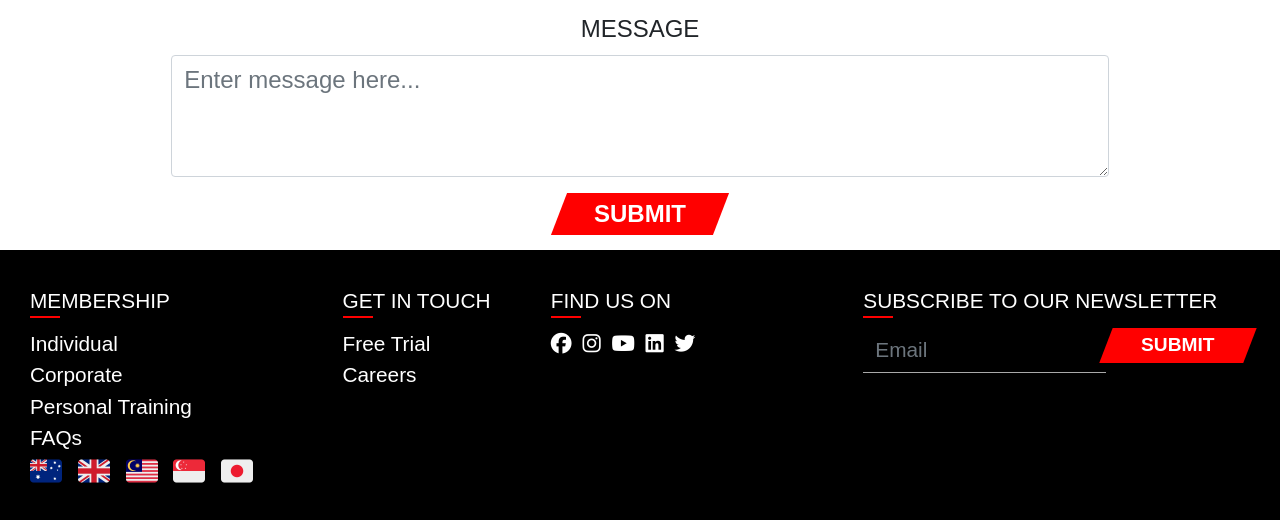
Repository: KJY93/User_Centric_Frontend_Development_Project
Page: contact.html
The author's editor kept a record of every edit. The page is drawn from the files as they stood at one moment, then again after the next edit.
The browser window is 1280 px wide. The pictures show the part of the page from y = 1094 to 2046 px (the page is 1614 px tall before and 2070 px after).
Some web fonts or font styles are not loaded; a fallback is used. Some web libraries are served in a nearby version.

Above is the page before.

### contact.html
<!DOCTYPE html>
<html lang="en-US">
	<head>
	    <meta charset="UTF-8">
	    <meta name="viewport" content="width=device-width, initial-scale=1.0">
	    <meta http-equiv="X-UA-Compatible" content="ie=edge">
	    <title>Shape Shifters | Our Clubs</title>

		<!-- Google Fonts -->
	    <link href="https://fonts.googleapis.com/css?family=Cute+Font&display=swap" rel="stylesheet">

	    <!-- Logo -->
	    <link rel="icon" href="static/fitness-logo.ico">

	    <!-- Bootstrap CSS -->
	    <link rel="stylesheet" href="https://stackpath.bootstrapcdn.com/bootstrap/4.3.1/css/bootstrap.min.css" integrity="sha384-ggOyR0iXCbMQv3Xipma34MD+dH/1fQ784/j6cY/iJTQUOhcWr7x9JvoRxT2MZw1T" crossorigin="anonymous">

	    <!-- External CSS StyleSheet -->
		<link rel="stylesheet" type="text/css" href="static/styles.css">

		<!-- Bootstrap JS -->
	    <script src="https://code.jquery.com/jquery-3.3.1.slim.min.js" integrity="sha384-q8i/X+965DzO0rT7abK41JStQIAqVgRVzpbzo5smXKp4YfRvH+8abtTE1Pi6jizo" crossorigin="anonymous"></script>
	    <script src="https://cdnjs.cloudflare.com/ajax/libs/popper.js/1.14.7/umd/popper.min.js" integrity="sha384-UO2eT0CpHqdSJQ6hJty5KVphtPhzWj9WO1clHTMGa3JDZwrnQq4sF86dIHNDz0W1" crossorigin="anonymous"></script>
	    <script src="https://stackpath.bootstrapcdn.com/bootstrap/4.3.1/js/bootstrap.min.js" integrity="sha384-JjSmVgyd0p3pXB1rRibZUAYoIIy6OrQ6VrjIEaFf/nJGzIxFDsf4x0xIM+B07jRM" crossorigin="anonymous"></script>

	    <!-- Font Awesome -->
	    <script src="https://kit.fontawesome.com/3df94da5fe.js"></script>

	    <!-- External JS -->
	    <script type="text/javascript" src="static/index.js"></script>
	</head>
	<body>
	    <main>
	        <!-- Navbar -->
			<nav class="navbar navbar-expand-md navbar-dark bg-danger">
			  	<button class="navbar-toggler" type="button" data-toggle="collapse" data-target="#navbarNav">
			    <span class="navbar-toggler-icon"></span>
			  	</button>
			  	<div class="collapse navbar-collapse" id="navbarNav">
					<ul class="navbar-nav">
						<li class="nav-item">
			    			<a class="navbar-brand" href="index.html"><i class="fas fa-home"></i></a>
			    		</li>
					</ul>
			    	<ul class="navbar-nav ml-auto">
			      		<li class="nav-item">
			        		<a class="nav-link" href="clubs.html">Clubs</a>
			      		</li>
			      		<li class="nav-item">
			        		<a class="nav-link" href="timetables.html">Timetables</a>
			      		</li>
			    	</ul>

			    	<ul class="navbar-nav ml-auto">
			      		<li class="nav-item">
			        		<a class="nav-link" href="contact.html">Contact Us</a>
			      		</li>
			    	</ul>
			  	</div>
			</nav>

			<!-- Timetables background -->
			<div id="contact-us-background">
				<h1>TALK TO US</h1>
				<h3>We'd love to hear from you.</h3>
			</div>

			<!-- Contact Us Header-->
			<div>
				<h2 class="club-header contact-us"><strong>SEND US A MESSAGE</strong></h2>
			</div>

			<div class="container-fluid">
                <form method="post" action="" class="contact-container">
                    <div class="form-group w-75">
                    	<div class="form-attribute"><label for="firstname">FIRST NAME</label></div>
                    	<input type="text" class="form-control form-placeholder" id="firstname" placeholder="First Name" required>
                    </div>

                    <div class="form-group w-75">
                        <div class="form-attribute"><label for="lastname">LAST NAME</label></div>
                        <input type="text" class="form-control form-placeholder" id="lastname" placeholder="Last Name" required>
                    </div>

                    <div class="form-group w-75">
                        <div class="form-attribute"><label for="email-address">EMAIL ADDRESS</label></div>
                        <input type="email" class="form-control form-placeholder" id="email-address" placeholder="Email" required>
                    </div>

                    <div class="form-group w-75">
                        <div class="form-attribute"><label for="contact-number" required>CONTACT NUMBER</label></div>
                        <input type="text" class="form-control form-placeholder" id="contact-number" placeholder="Contact Number">
                    </div>

                    <div class="form-group w-75">
                        <div class="form-attribute"><label for="message-field" required>MESSAGE</label></div>
                        <textarea class="form-control form-placeholder" id="message-field" rows="3" placeholder="Enter message here..."></textarea>
                    </div>

                    <div class="generic-submit-btn-container"><button type="button" class="submit-btn" value="submit"><span>SUBMIT</span></button></div>

                </form>
			</div>

			<!-- Footer -->
			<footer>
				<div class="container-fluid">
					<div class="row">
						<div class="col-sm-12 col-md-3">
							<div>MEMBERSHIP</div>
							<div class="separator"></div>
							<div>Individual</div>
							<div>Corporate</div>
							<div>Personal Training</div>
							<div>FAQs</div>
						</div>

						<div class="col-sm-12 col-md-2">
							<div>GET IN TOUCH</div>
							<div class="separator"></div>
							<div>Free Trial</div>
							<div>Careers</div>
						</div>

						<div class="col-sm-12 col-md-3">
							<div>FIND US ON</div>
							<div class="separator"></div>
							<div>
								<i class="fab fa-facebook social-media-logo"></i>
								<i class="fab fa-instagram social-media-logo"></i>
								<i class="fab fa-youtube social-media-logo"></i>
								<i class="fab fa-linkedin social-media-logo"></i>
								<i class="fab fa-twitter social-media-logo"></i>
							</div>
						</div>

						<div class="col-sm-12 col-md-4">
							<div>SUBSCRIBE TO OUR NEWSLETTER</div>

							<div class="separator"></div>

							<form method="post" action="">
								<div class="input-field-container">
									<div class="form-group">
										<input input id="subscription" type="email" class="form-control" placeholder="Email" required>
									</div>

									<div>
										<button type="button" class="submit-btn" value="submit"><span>SUBMIT</span></button>
									</div>
								</div>
							</form>
						</div>

						<div class="col-sm-12">
							<img class="flag-logo" src="static/australia-flag.png" alt="australia flag"/>
							<img class="flag-logo" src="static/uk-flag.png" alt="uk flag"/>
							<img class="flag-logo" src="static/mys-flag.png" alt="malaysia flag"/>
							<img class="flag-logo" src="static/sg-flag.png" alt="singapore flag"/>
							<img class="flag-logo" src="static/jpn-flag.png" alt="japan flag"/>
						</div>
					</div>
				</div>
			</footer>

	   </main>
	</body>
</html>

### static/styles.css
body, html {
	height: 100%;
}

body {
	font-family: 'Cute Font', cursive, sans-serif;
}

.activepage {
	text-decoration: underline overline;
}

body.home a.home, body.articles a.articles, body.blog a.blog {

	background-color: green;

}

.nav-item {
	font-size: 130%;
}

.table-striped > tbody > tr:nth-child(odd) > td {
	background: -webkit-linear-gradient(top, #fee5ac, #ffa824);
}

#subscription {
  background: transparent;
  border: none;
  border-bottom: 1px solid #a9a9a9;
  box-shadow: none;
  border-radius: 0;
}

.iframe-video-size {
	width: 300px;
	height: 320px;
}

.social-media-logo {
	margin-right: 5px;
}

.separator {
	margin-bottom: 10px;
	height: 2px;
	width: 30px;
	background: rgb(255, 0, 0);
	z-index: 1;
}

.row {
	margin-left: 0;
	margin-right: 0;
}

#advert > h1 {
	color: #ffffff;
}

#signup-link {
	color: #ffffff;
}

input[type="email"] {
 	font-size: 1em;
}

.col-sm-12, .col-md-6, .nav-link, #signup-link {
	font-size: 1.3em;
}

.link-deco:link {
	text-decoration: none;
}

.link-deco:hover {
	font-size:120%;
}

.link-font-color, button > .link-deco:hover {
	color: #ffffff;
}

.box2, .box3 {
	background: rgba(255,117,117,0.1);
}

.button-container, p, .challenge-container, #signup-container, .box3, .box2 {
	text-align: center;
}

#divider {
	width: 100%;
	border: 1px solid black;
}

footer {
	padding-top: 35px;
	padding-bottom: 35px;
	background: rgba(0, 0, 0);
	color: #ffffff;
}

.box1 {
	background:url('../static/background-mobile.jpg');
	background-repeat: no-repeat;
	background-size: 100% 100%;
	height: 280px;
	display: flex;
	align-items: center;
	justify-content: center;
}

/*https://codepen.io/adamjohnson/pen/aokGt*/
/* Skew button design adapted from the above codepen project*/
.submit-btn {
	color: #fff;
	background: #ff0000;
	font-weight: 700;
	text-align: center;
	text-decoration: none;
	border: 0;
	outline: 0;
	font-size: 1.2rem;
	padding: 12px 35px;
	display: inline-block;
	transform: skew(-21deg);
	border-radius: 0;
}

.input-field-container {
	display: flex;
	flex-direction: row;
}

.submit-btn:hover {
	background: #0069a8;
}

span {
	display: inline-block; /* change to inline-block so that the text can be un-skewed*/
}

.submit-btn > span {
	-webkit-transform: skew(21deg);  /* Un-skew the text */
}

.btn-group {
	padding-left: 15px;
}

.btn-group-1 {
	background: lightblue;
}

.flag-logo {
	padding-right: 10px;
}

#club-header-background {
	background:url('../static/bodycombat.jpg');
	background-repeat: no-repeat;
	background-size: 100% 100%;
	height: 200px;
}

.club-header {
	text-align: center;
	background: linear-gradient(to top, #ff0000 , #800080);
	-webkit-background-clip: text;
	-webkit-text-fill-color: transparent;
	font-size: 2.5em;
}

.location {
	display: flex;
	flex-direction: column;
	justify-content: center;
	align-items: center;
	color: #ffffff;
	margin-bottom: 20px;
}

.location:link {
	text-decoration: none;
}

.location:hover {
	opacity: 0.8;
}

.location:hover .location-name, .location:hover .club-info {
	background: linear-gradient(to top, #ff0000 , #ff9800);
	-webkit-background-clip: text;
	-webkit-text-fill-color: transparent;
}

.location-name {
	font-size: 2.3em;
}

.club-info {
	font-size: 1.2em;
	border: 1px solid #ffffff;
	padding-left: 20px;
	padding-right: 20px;
	border-radius: 20px;
}

#location-image-1 {
	background:url('../static/paragon.jpg');
    background-size: 100% 100%;
    background-repeat: no-repeat;
    background-position: center;
	border-radius: 10px;
	height: 250px;
}

#location-image-2 {
	background:url('../static/clarke-quay.jpg');
    background-size: 100% 100%;
    background-repeat: no-repeat;
    background-position: center;
	border-radius: 10px;
	height: 250px;
}

#location-image-3 {
	background:url('../static/tanjongpagar.jpg');
    background-size: 100% 100%;
    background-repeat: no-repeat;
    background-position: center;
	border-radius: 10px;
	height: 250px;
}

#location-image-4 {
	background:url('../static/vivocity.jpg');
    background-size: 100% 100%;
    background-repeat: no-repeat;
    background-position: center;
	border-radius: 10px;
	height: 250px;
}

#location-image-5 {
	background:url('../static/rafflesplace.jpg');
    background-size: 100% 100%;
    background-repeat: no-repeat;
    background-position: center;
	border-radius: 10px;
	height: 250px;
}

#location-image-6 {
	background:url('../static/rafflesmall.jpg');
    background-size: 100% 100%;
    background-repeat: no-repeat;
    background-position: center;
	border-radius: 10px;
	height: 250px;
}

#timetables-header-background {
	background:url('../static/groupyoga.jpg');
	background-repeat: no-repeat;
	background-size: 100% 100%;
	height: 250px;
}

/* override text alignment and font-size*/
.table {
	text-align: center;
	font-size: 1.3rem;
}

#contact-us-background {
	background:url('../static/reachout.jpg');
	background-repeat: no-repeat;
	background-size: 100% 100%;
	height: 200px;
}

.contact-container {
	display: flex;
	align-items: center;
	flex-direction: column;
}

.generic-submit-btn-container, .form-attribute {
	text-align: center;
}

.form-group.w-75 {
	text-align: center;
}

.contact-us {
	font-size: 1.8em;
}

.generic-submit-btn-container {
	margin-bottom: 15px;
}

.form-attribute, .form-placeholder:placeholder-shown, textarea:placeholder-shown {
  font-size: 1.2em;
}

/* for extra small device */
@media (max-width: 400px) {
	.iframe-video-size {
	width: 260px;
	height: 320px;
	}

	#club-header-background {
		height: 160px;
	}

	.club-header {
		font-size: 2.0em;
	}

	.location-name {
		font-size: 2.0em;
	}

	.club-info {
		font-size: 1.0em;
	}

	.contact-us {
		font-size: 1.5em;
	}
	.box1 {
		height: 220px;
	}
}

/* for medium screen device */
@media (min-width: 768px) and (max-width: 991.98px) {
	.box1 {
		background:url('../static/background.jpg');
		background-repeat: no-repeat;
		height: 400px; /* 550 */
		background-size: 100% 100%;
	}

	.box2 {
		text-align: center;
	}

	.btn-group {
		padding-left: 0;
	}

	.iframe-video-size {
		width: 340px;
		height: 320px;
	}

	#timetables-header-background {
		height: 450px;
	}

	.table {
		font-size: 1.8rem;
	}

	#contact-us-background {
		height: 450px;
	}

	.form-attribute, .form-placeholder:placeholder-shown, textarea:placeholder-shown,
	.generic-submit-btn-container > button {
	  font-size: 1.4em;
	}

	.location-name, .club-info {
		font-size: 1.5em;
	}
}

/* for large screen device */
@media (min-width: 992px) {
	.box1 {
		height: 600px;
	}

	.btn-group {
		padding-left: 0;
	}

	.submit-btn {
		padding: 3px 35px;
	}

	.iframe-video-size {
		width: 470px;
		height: 320px;
	}

	#club-header-background {
		height: 376px;
	}

	#timetables-header-background {
		height: 600px;
	}

	#contact-us-background {
		height: 550px;
	}

	.form-attribute, .form-placeholder:placeholder-shown, textarea:placeholder-shown,
	.generic-submit-btn-container > button {
	  font-size: 1.5em;
	}

}

### static/index.js
// added interactivity to show user which current page they are currently on using javascript
document.addEventListener('DOMContentLoaded', () => {

    // get all the <a> tag elements that resides within the <li> tag which can be found inside the <nav> bar
    var navlinkitem = document.querySelectorAll('nav li a');

    // for loop to check the href provided in the <a> tag href with the current url
    // if there is a match, add the activepage class to the active element
    for (var i = 0; i < navlinkitem.length; i++) {

        if (navlinkitem[i].href == window.location.href) {

            // add class to navbarbrand logo so that it could be style when index page is the current active page
            if (navlinkitem[i].className == "navbar-brand") {
                navlinkitem[i].firstChild.classList.add('activepagelogo');
            }
            // for the rest of the navbar item
            else {
                navlinkitem[i].parentElement.classList.add('activepage');
            }
        }
    }
});

After the next edit:
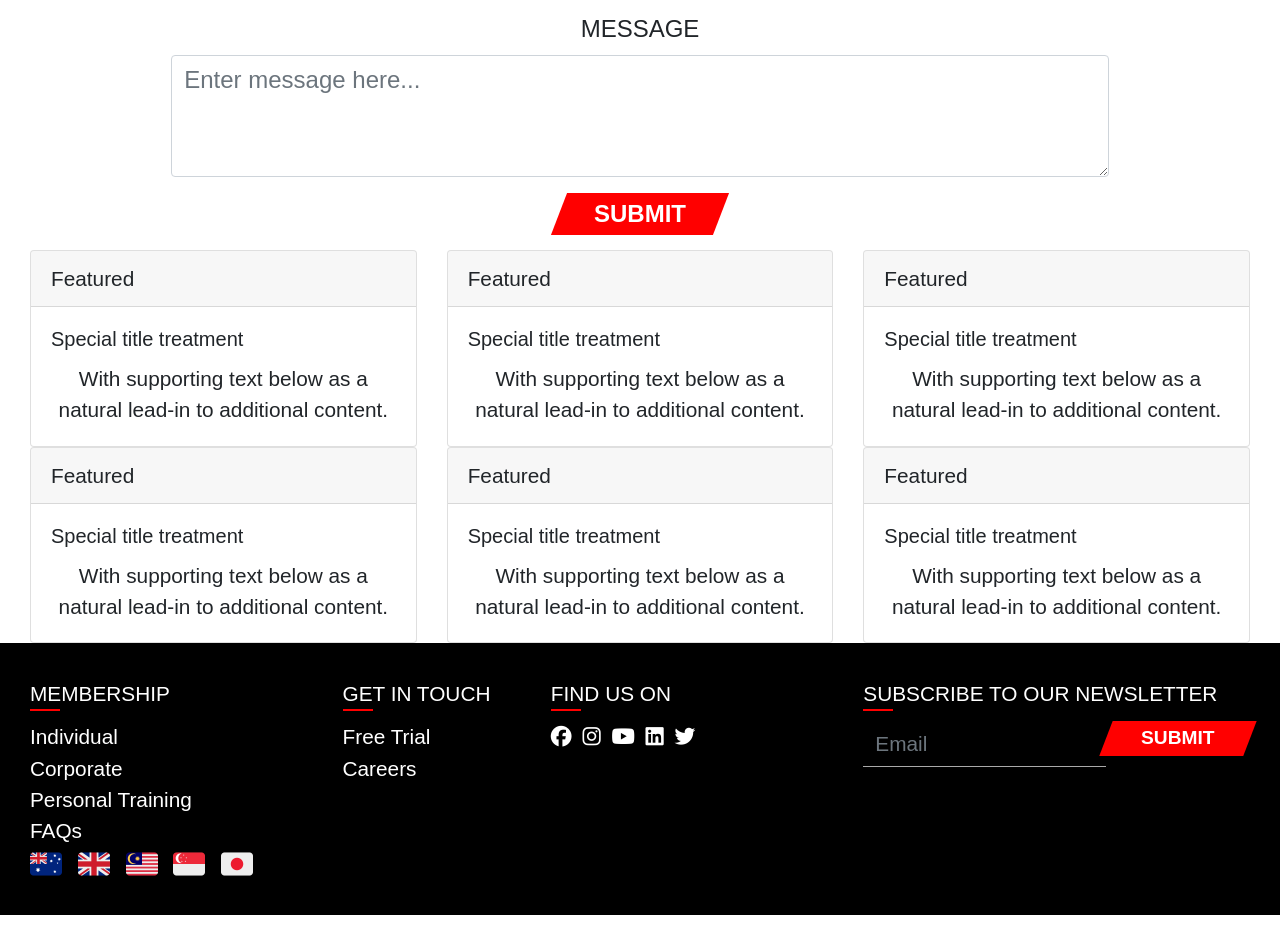
The edit:
--- a/contact.html
+++ b/contact.html
@@ -102,6 +102,86 @@
                 </form>
 			</div>
 
+			<div class="container-fluid">
+				<div class="row">
+					<div class="col-sm-12 col-md-4">
+						<div class="card">
+							<div class="card-header">
+						    	Featured
+						  	</div>
+						  	<div class="card-body">
+						    	<h5 class="card-title">Special title treatment</h5>
+						    	<p class="card-text">With supporting text below as a natural lead-in to additional content.</p>
+						  	</div>
+						</div>
+					</div>
+
+
+
+
+					<div class="col-sm-12 col-md-4">
+						<div class="card">
+							<div class="card-header">
+						    	Featured
+						  	</div>
+						  	<div class="card-body">
+						    	<h5 class="card-title">Special title treatment</h5>
+						    	<p class="card-text">With supporting text below as a natural lead-in to additional content.</p>
+						  	</div>
+						</div>
+					</div>
+
+					<div class="col-sm-12 col-md-4">
+						<div class="card">
+							<div class="card-header">
+						    	Featured
+						  	</div>
+						  	<div class="card-body">
+						    	<h5 class="card-title">Special title treatment</h5>
+						    	<p class="card-text">With supporting text below as a natural lead-in to additional content.</p>
+						  	</div>
+						</div>
+					</div>
+
+					<div class="col-sm-12 col-md-4">
+						<div class="card">
+							<div class="card-header">
+						    	Featured
+						  	</div>
+						  	<div class="card-body">
+						    	<h5 class="card-title">Special title treatment</h5>
+						    	<p class="card-text">With supporting text below as a natural lead-in to additional content.</p>
+						  	</div>
+						</div>
+					</div>
+
+					<div class="col-sm-12 col-md-4">
+						<div class="card">
+							<div class="card-header">
+						    	Featured
+						  	</div>
+						  	<div class="card-body">
+						    	<h5 class="card-title">Special title treatment</h5>
+						    	<p class="card-text">With supporting text below as a natural lead-in to additional content.</p>
+						  	</div>
+						</div>
+					</div>
+
+					<div class="col-sm-12 col-md-4">
+						<div class="card">
+							<div class="card-header">
+						    	Featured
+						  	</div>
+						  	<div class="card-body">
+						    	<h5 class="card-title">Special title treatment</h5>
+						    	<p class="card-text">With supporting text below as a natural lead-in to additional content.</p>
+						  	</div>
+						</div>
+					</div>
+
+				</div>
+			</div>
+
 			<!-- Footer -->
 			<footer>
 				<div class="container-fluid">
